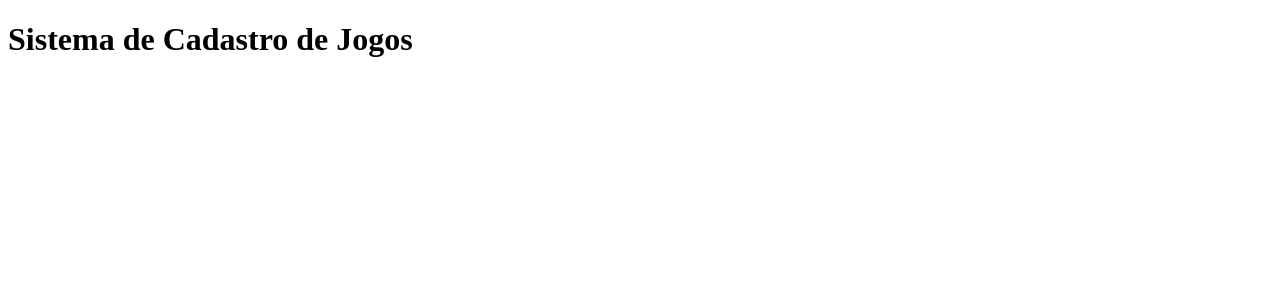
Repository: code-victor-now/cadastrojogos
Page: index.html
The author's editor kept a copy of each file at every save. The page is drawn from the files as they stood at one save, then again after the next save.
The browser window is 1280 px wide. The pictures show the whole page.

Above is the page before, as saved 2023-01-26 12:21:16.

### index.html
<!DOCTYPE html>
<html lang="pt-br">
<head>
    <meta charset="UTF-8">
    <meta http-equiv="X-UA-Compatible" content="IE=edge">
    <meta name="viewport" content="width=device-width, initial-scale=1.0">
    <title>Cadastro de Jogos</title>
</head>
<body>
    <h1>Sistema de Cadastro de Jogos</h1>
    <script src="app.js"></script>
</body>
</html>

### app.js
console.log("Rodando o sistema de gerenciamento de códigos")

After the next save:
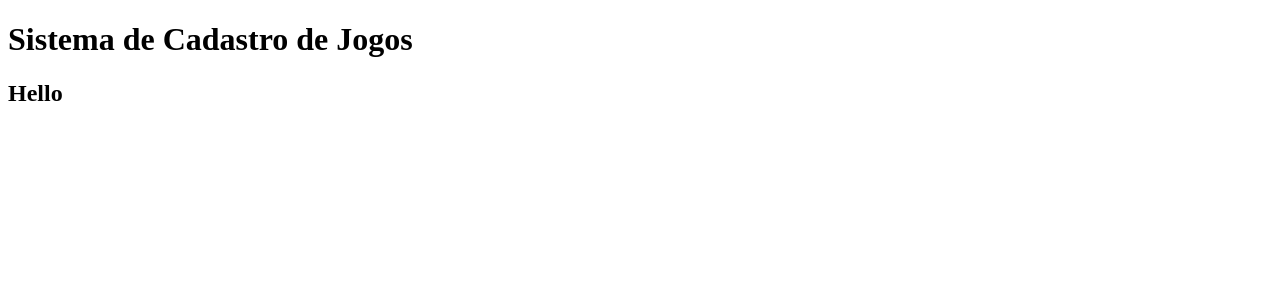
Saved 106 s later.
--- a/index.html
+++ b/index.html
@@ -9,5 +9,6 @@
 <body>
     <h1>Sistema de Cadastro de Jogos</h1>
     <script src="app.js"></script>
+    <h2>Hello</h2>
 </body>
 </html>
